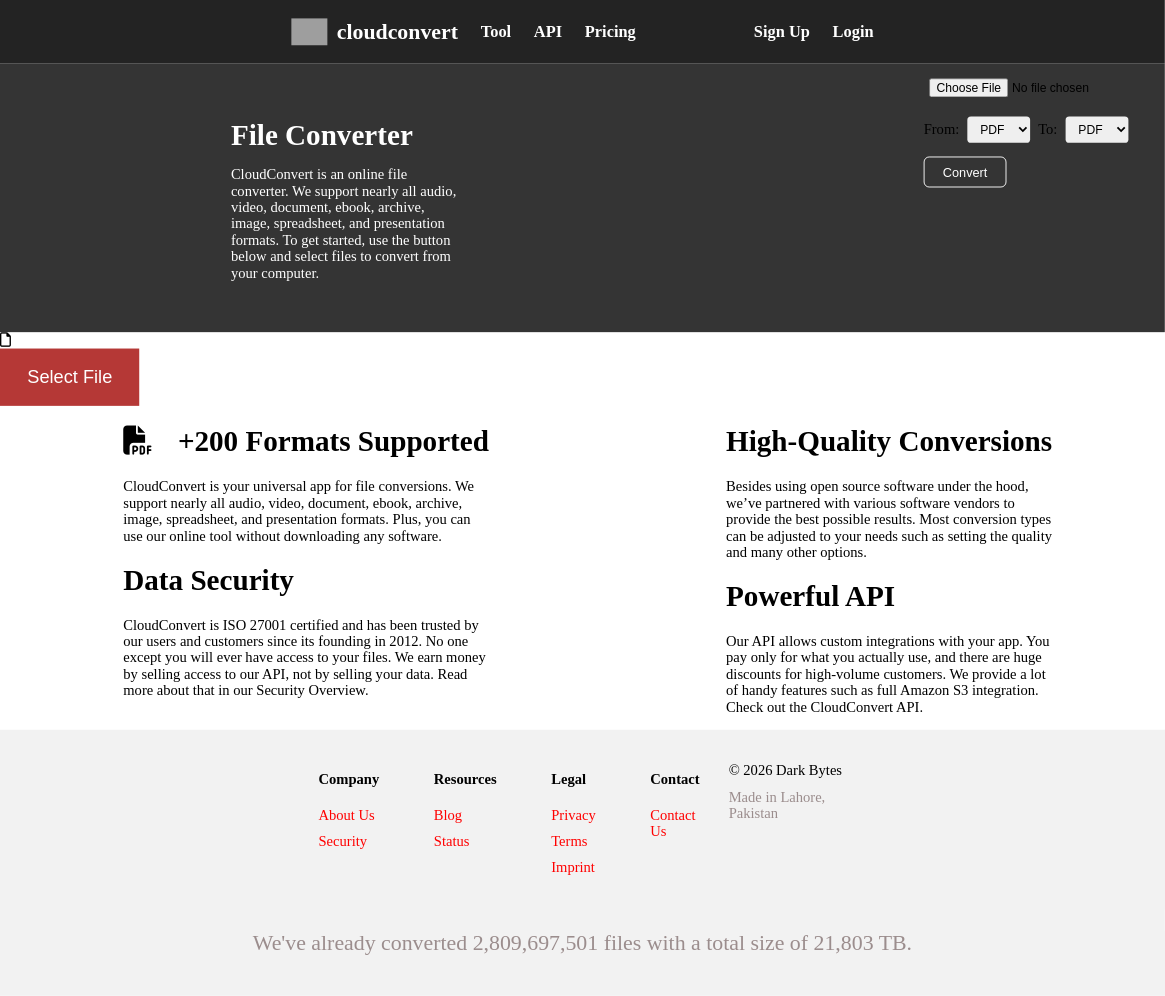
Repository: anfal-darkbytes/task_one
Page: http://localhost/
These files come from the project's save history. The page is drawn as it stood at one moment and after the next save; the edit follows.
The browser window is 1280 px wide. The pictures show the whole page, at 91% of full size.
Pictures or frames that could not be fetched are drawn as grey boxes. The page is served by the project's application, run on Django 4.2 (manage.py). Other server files are loaded and not shown.

Above is the page before, as saved 2026-01-09 07:38:39.

### templates/index.html
{% extends "base.html" %}
{% block file_converter %}

<div class="top-body">
    <div>
        <h1 class="top-body-header">File Converter</h1>
        <p class="top-body-para">
          CloudConvert is an online file converter.
          We support nearly all audio, video, document, ebook,
          archive, image, spreadsheet, and presentation formats.
          To get started, use the button below and select files
          to convert from your computer.
        </p>
    </div>
    <div class="form-container">

    {% if error %}
        <p class="error">{{ error }}</p>
    {% endif %}

    <form method="POST" enctype="multipart/form-data">
        {% csrf_token %}
        <input type="file" name="file" required><br>

        From:
        <select class="" name="from_ext" required>
            <option value="pdf">PDF</option>
            <option value="jpg">JPG</option>
            <option value="png">PNG</option>
        </select>

        To:
        <select name="to_ext" required>
            <option value="pdf">PDF</option>
            <option value="jpg">JPG</option>
            <option value="png">PNG</option>
        </select><br>

        <button type="submit" id="convert-button">Convert</button>
    </form>

    {% if output %}
        <p class="success">Download: <a href="{{ output }}" download>Click Here</a></p>
    {% endif %}
</div>


</div>

<div class="middle-body">
    <i class="fa-slab fa-regular fa-file"></i>
    <button id="pick-image">
        Select File
    </button>
    <div class="details-boxes">
        <div class="pair-containers1">
            <div class="single-container">
                <h1 class="container-title">
                    <i class="fa-solid fa-file-pdf"></i>
                    +200 Formats Supported</h1>
                <p class="container-body">CloudConvert is your universal app for file conversions. We support nearly all audio, video, document, ebook, archive, image, spreadsheet, and presentation formats. Plus, you can use our online tool without downloading any software.</p>
            </div>
            <div class="single-container">
                <h1 class="container-title">Data Security</h1>
                <p class="container-body">CloudConvert is ISO 27001 certified and has been trusted by our users and customers since its founding in 2012. No one except you will ever have access to your files. We earn money by selling access to our API, not by selling your data. Read more about that in our Security Overview.</p>
            </div>
        </div>
        <div class="pair containers2">
             <div class="single-container">
                <h1 class="container-title">High-Quality Conversions</h1>
                <p class="container-body">Besides using open source software under the hood, we’ve partnered with various software vendors to provide the best possible results. Most conversion types can be adjusted to your needs such as setting the quality and many other options.</p>
             </div>
            <div class="single-container">
                <h1 class="container-title">Powerful API</h1>
                <p class="container-body">Our API allows custom integrations with your app. You pay only for what you actually use, and there are huge discounts for high-volume customers. We provide a lot of handy features such as full Amazon S3 integration. Check out the CloudConvert API.</p>
            </div>
        </div>
    </div>
</div>


{% endblock %}

### templates/base.html
{% load static %}
<!DOCTYPE html>
<html>
<head>
    <title>File Converter</title>
    <link rel="stylesheet" href="{% static 'css/style.css' %}">
    <link rel="stylesheet" href="https://cdnjs.cloudflare.com/ajax/libs/font-awesome/6.5.0/css/all.min.css" integrity="sha512-jQ1FZP9pFqQfYyVvKTLbqRQj1S2EjeKzG0pC1S+r6/6QclZ3YhFgJz4X8G3a3F6K/2kEkD6K1V5OaxEf6P4J0g==" crossorigin="anonymous" referrerpolicy="no-referrer" />

</head>
<body>
    {% include "header.html" %}

    {% block file_converter %}
    {% endblock %}

    {% include "footer.html" %}

</body>
</html>

### templates/header.html
<header>
    <div class="header-div">
        <nav>
            <div class="menu-tab">
                <a href="{% url 'home' %}">
                    <img src="https://cloudconvert.com/images/logo_flat_110_borderless.png"
                         alt="cloudconvert-logo">
                    <h1 id="logo-name">cloudconvert</h1>
                </a>
                <h1>Tool</h1>
                <h1>API</h1>
                <h1>Pricing</h1>
            </div>
            <div class="auth-tab">
                <h1>Sign Up</h1>
                <h1>Login</h1>
            </div>
        </nav>
    </div>
</header>

### templates/footer.html
<footer>
    <div class="main-footer">
        <div class="bottom-bar">
            <div>
                <h1 class="bottom-bar-header">Company</h1>
                <h1 class="bottom-bar-child">About Us</h1>
                <h1 class="bottom-bar-child">Security</h1>
            </div>
           <div>
                <h1 class="bottom-bar-header">Resources</h1>
                <h1 class="bottom-bar-child">Blog</h1>
                <h1 class="bottom-bar-child">Status</h1>
            </div>
            <div>
                <h1 class="bottom-bar-header">Legal</h1>
                <h1 class="bottom-bar-child">Privacy</h1>
                <h1 class="bottom-bar-child">Terms</h1>
                <h1 class="bottom-bar-child">Imprint</h1>
            </div>
           <div>
                <h1 class="bottom-bar-header">Contact</h1>
                <h1 class="bottom-bar-child">Contact Us</h1>
            </div>
        </div>

        <div class="bottom-side-bar">
            <h1 class="bottom-side-bar-header">© 2026 Dark Bytes</h1>
            <h1 class="bottom-side-bar-child">Made in Lahore, Pakistan</h1>
        </div>
    </div>
    <div class="footer-bottom-details">
        <p>We've already converted 2,809,697,501 files with a total size of 21,803 TB.</p>
    </div>
</footer>

### taskOneApp/views.py
from django.shortcuts import render
from django.core.files.storage import FileSystemStorage
from .utils import convert_file
import os


def home(request):
    output_url = None
    error = None

    if request.method == 'POST' and request.FILES.get('file'):
        uploaded_file = request.FILES['file']
        from_ext = request.POST.get('from_ext', '').replace('.', '').lower()
        to_ext = request.POST.get('to_ext', '').replace('.', '').lower()

        fs = FileSystemStorage()

        # Save input file
        input_filename = fs.save(uploaded_file.name, uploaded_file)
        input_path = fs.path(input_filename)

        base_name = os.path.splitext(input_filename)[0]
        output_filename = f"{base_name}.{to_ext}"
        output_path = fs.path(output_filename)

        print(f"Input path: {input_path}")
        print(f"Output path: {output_path}")

        try:
            convert_file(input_path, from_ext, to_ext, output_path)

            output_url = fs.url(output_filename)

            # ✅ delete input file after success
            if os.path.exists(input_path):
                os.remove(input_path)

        except Exception as e:
            error = str(e)

            if os.path.exists(input_path):
                os.remove(input_path)

    return render(request, 'index.html', {
        'output': output_url,
        'error': error
    })

### taskOne/urls.py
from django.contrib import admin
from django.urls import path, include
from django.conf import settings
from django.conf.urls.static import static

urlpatterns = [
    path('admin/', admin.site.urls),
    path('', include('taskOneApp.urls')),
]

urlpatterns += static(settings.STATIC_URL, document_root=settings.STATICFILES_DIRS[0])

if settings.DEBUG:
    urlpatterns += static(settings.MEDIA_URL, document_root=settings.MEDIA_ROOT)

### taskOneApp/urls.py
from django.urls import path
from . import views

urlpatterns = [
 path('',views.home, name='home'),
 # path('',views.index,name='index')
]

### static/css/style.css
 body {
            background-color: #ffffff;
            justify-content: center;
            align-items: center;
            height: 100vh;
            margin: 0;
            /* padding: 0% 25%; */
        }

        .container-title i {
            margin-right: 20px;
            color: black;
        }

        .top-body {
            background-color: #343434;
            display: flex;
        }

        .top-body-header {
            color: white;
            text-align: start;
            margin: 0px;
            font-size: 32px;
            padding: 60px 25% 0px 25%;
        }

        .top-body-para {
            color: white;
            padding: 0px 50% 40px 25%;
            text-align: start;
        }

        .form-container {
            text-align: bottom;
        }

        h2 {
            color: #0073e6;
            margin-bottom: 20px;
        }

        .h1{
            color: red;
        }

        input[type="file"] {
            margin: 10px 0;
            padding: 6px;
        }

        select {
            padding: 6px 10px;
            margin: 5px;
            border-radius: 4px;
            border: white;
        }

        #convert-button {
            padding: 8px 20px;
            font-size: 14px;
           background-color:  #343434;
            border:1px solid white;
            color: white;
            border-radius: 6px;
            margin-top: 10px;
        }

        #pick-image {
            display: flex;
            background-color: #b53836;
            color: white;
            border: #b53836;
            padding: 20px 30px;
            font-size: 20px;
            margin: 0%;
            justify-content: center;

        }

        .container-title {
            padding: 0% 20%;
        }

        .container-body {
            padding: 0px 20%;
        }

        p.error {
            color: #e60000;
            font-weight: bold;
            margin-top: 10px;
        }

        p.success a {
            text-decoration: none;
            color: white;
            background-color: red;
            padding: 6px 12px;
            border-radius: 4px;
        }

        p.success a:hover {
            background-color: #1e7e34;
        }

        .form-container {
            display: flex;
        }

        .details-boxes {
            display: flex;
        }

        /* .pair-containers1 {
            display: flex;
        } */

        {}

        /* Header */

        .header-div {
          background-image: linear-gradient(to right, #343434, #383838);
        }

        .header-div nav {
        display: flex;
        align-items: center;
        justify-content: space-between;
        padding: 20px 25%;
        }

        #logo-name {
            color: white;
            font-size: 24px;
            text-decoration: none;
        }

        nav {
        display: flex;
        justify-content: space-between;
        align-items: center;
        padding: 10px 20px;
        background-color: #232323;
        color: white;
        }

        .menu-tab, .auth-tab {
        display: flex;
        align-items: center;
        gap: 25px;
        }

        .menu-tab a {
        display: flex;
        align-items: center;
        text-decoration: none;
        color: inherit;
        }

       .menu-tab img {
       height: 30px;
       margin-right: 10px;
       }

       .menu-tab h1, .auth-tab h1 {
       font-size: 18px;
       margin: 0;
       }



       /* Footer Styling */


       footer {
        background-color: #f2f2f2;
       }

       .main-footer {
        background-color: #f2f2f2;
        display: flex;
        align-items: start;
        justify-content: space-between;
        padding: 2% 25%;
       }

       .bottom-bar {
        display: flex;
       }

       .bottom-bar-header {
        color: black;
        font-weight:700;
        font-size: 16px;
        padding: 10px 30px;
       }

       .bottom-bar-child {
        color: red;
        font-weight: 400;
        font-size: 16px;
        padding: 0px 30px;
       }

       .bottom-side-bar-header {
        color: black;
        justify-content: space-between;
        font-weight: 400;
        font-size: 16px;
        padding: 20px, 30px;
       }

       .bottom-side-bar-child {
        color: rgb(155, 141, 141);
        font-weight: 400;
        font-size: 16px;
       }

       .footer-bottom-details {
        background-color: #f2f2f2;
        font-size: 24px;
        color: rgb(155, 141, 141);
        text-align: center;
        padding-bottom: 20px;
       }

After the next save:
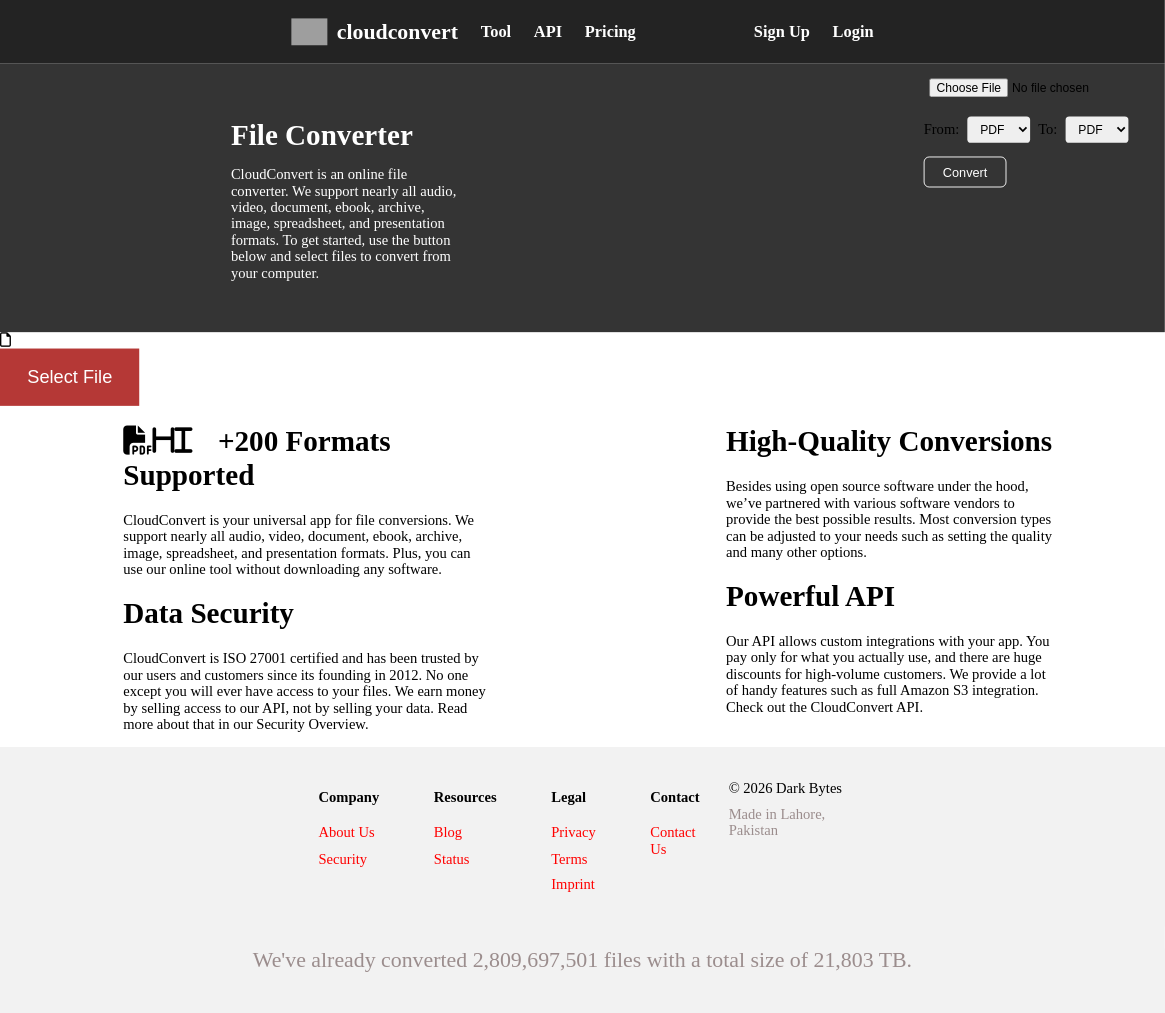
Saved 2 min 19 s later.
--- a/templates/index.html
+++ b/templates/index.html
@@ -56,7 +56,7 @@
         <div class="pair-containers1">
             <div class="single-container">
                 <h1 class="container-title">
-                    <i class="fa-solid fa-file-pdf"></i>
+                    <i class="fa-solid fa-file-pdf">hi</i>
                     +200 Formats Supported</h1>
                 <p class="container-body">CloudConvert is your universal app for file conversions. We support nearly all audio, video, document, ebook, archive, image, spreadsheet, and presentation formats. Plus, you can use our online tool without downloading any software.</p>
             </div>
